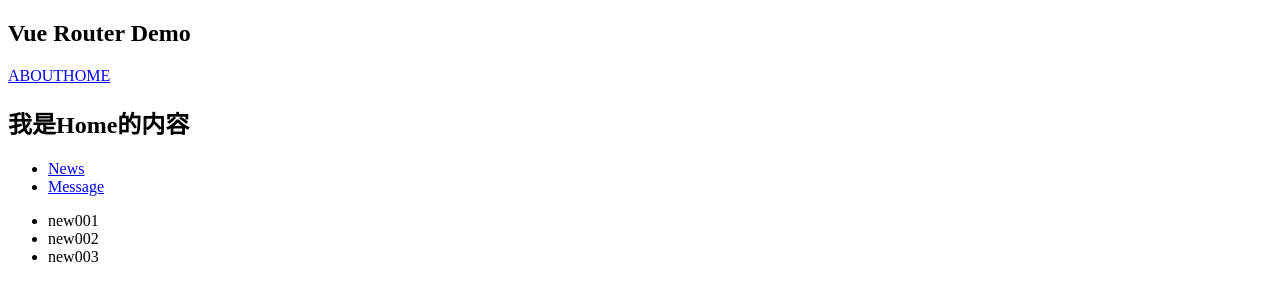
Repository: 13067902180/vue2.0study
Page: /#/home
These files come from the project's save history. The page is drawn as it stood at one moment and after the next save; the edit follows.
The browser window is 1280 px wide. The pictures show the whole page.
The project was rebuilt for these pictures with package versions that can differ from the ones it lists, and the page was loaded fresh each time. Also part of the build but not shown: vue.config.js, src/pages/About.vue.

Above is the page before, as saved 2023-03-03 15:37:29.

### public/index.html
<!DOCTYPE html>
<html lang="">
  <head>
    <meta charset="utf-8" />
    <!-- 针对ie浏览器的特殊配置，让ie最高级别渲染页面 -->
    <meta http-equiv="X-UA-Compatible" content="IE=edge" />
    <!-- 开启移动端的理想视口 -->
    <meta name="viewport" content="width=device-width,initial-scale=1.0" />
    <!-- 配置页签图标 <%= BASE_URL %> ==== ./ 怕打包出问题 指的是public所在的路径-->
    <link rel="icon" href="<%= BASE_URL %>favicon.ico" />
    <!-- 映入第三方样式 -->
    <!-- <link rel="stylesheet" href="<%= BASE_URL %>css/1.css" /> -->
    <!-- 配置网页图标  %= htmlWebpackPlugin.options.title % 是webpack里的插件1-->
    <title><%= htmlWebpackPlugin.options.title %></title>
  </head>
  <body>
    <!-- 如果浏览器不支持js 显示 支持就不渲染 -->
    <noscript>
      <strong
        >We're sorry but <%= htmlWebpackPlugin.options.title %> doesn't work
        properly without JavaScript enabled. Please enable it to
        continue.</strong
      >
    </noscript>

    <div id="app"></div>
    <!-- built files will be auto injected -->
  </body>
</html>
<!-- 整个页面的界面 -->

### src/main.js
//引入vue 精简版  正式版是vue.js dist/vue.js
import Vue from 'vue'
import VueRouter from 'vue-router'

//app所有组件的父组件
import App from './App.vue'
import router from './router'

Vue.use(VueRouter)

Vue.config.productionTip = false
// 创建vue实例对象  ---vm
new Vue({
  // 将app组件放入容器中
  render: h => h(App),

  router: router,
}).$mount('#app')

### src/App.vue
<template>
  <div>
    <div class="row">
      <Banner></Banner>
    </div>
    <div class="row">
      <div class="col-xs-offset-2 col-xs-2">
        <div class="list-group">
          <!-- 原始html中我们使用a标签实现页面跳转 -->
          <!-- <a href="./about.html" class="list-group-item active" >ABOUT</a> -->
          <!-- <a href="./home/html" class="list-group-item">HOME</a> -->
          <router-link class="list-group-item" active-class="active" to="/about"
            >ABOUT</router-link
          >
          <router-link class="list-group-item" active-class="active" to="/home"
            >HOME</router-link
          >
        </div>
      </div>
      <div class="col-xs-6">
        <div class="panel">
          <div class="panel-body">
            <!-- 指定组件的呈现位置 -->
            <router-view></router-view>
          </div>
        </div>
      </div>
    </div>
  </div>
</template>

<script>
// 引入组件  组件全放到components
import Banner from "./components/Banner.vue";
export default {
  name: "App",
  components: {
    Banner,
  },
};
</script>

<style>
</style>

### src/router/index.js
// 该文件专门用于创建整个应用的路由器


import VueRouter from "vue-router";
import About from '../pages/About.vue'
import Home from '../pages/Home.vue'
// 创建并暴露一个路由器
export default new VueRouter({
    routes: [{
        path: '/about',
        component: About,
    },
    {
        path: '/home',
        component: Home,
    },
    ]
})

### src/components/Banner.vue
<template>
  <div class="col-xs-offset-2 col-xs-8">
    <div class="page-header"><h2>Vue Router Demo</h2></div>
  </div>
</template>

<script>
export default {
  // eslint-disable-next-line vue/multi-word-component-names
  name: "Banner",
};
</script>

<style>
</style>

### src/pages/Home.vue
<template>
  <div>
    <h2>我是Home的内容</h2>
    <div>
      <ul class="nav nav-tabs">
        <li>
          <a
            href="./home-news.html"
            class="list-group-item"
            active-class="active"
            >News</a
          >
        </li>
        <li>
          <a
            href="./home-news.html"
            class="list-group-item"
            active-class="active"
            >Message</a
          >
        </li>
      </ul>
      <ul>
        <li>new001</li>
        <li>new002</li>
        <li>new003</li>
      </ul>
    </div>
  </div>
</template>

<script>
export default {
  // eslint-disable-next-line vue/multi-word-component-names
  name: "Home",
  // beforeDestroy() {
  //   console.log("Home组件即将被销毁");
  // },
  // mounted() {
  //   console.log("Home组件挂载完毕");
  // },
};
</script>

<style>
</style>

After the next save:
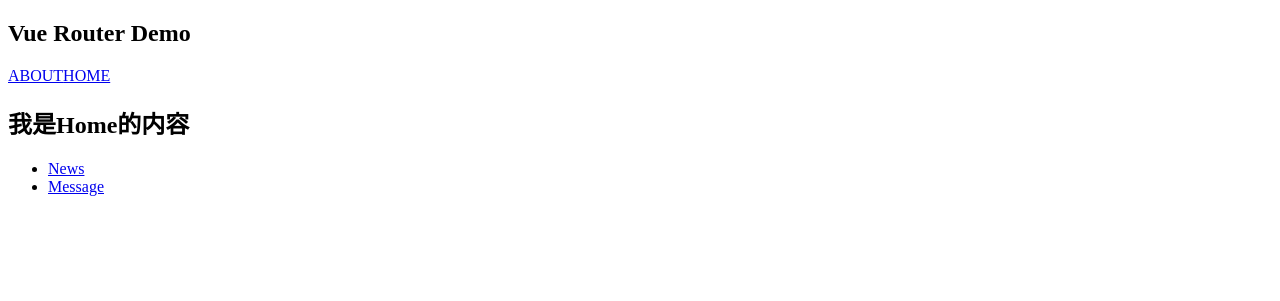
Saved 39 s later.
--- a/src/pages/Home.vue
+++ b/src/pages/Home.vue
@@ -20,11 +20,6 @@
           >
         </li>
       </ul>
-      <ul>
-        <li>new001</li>
-        <li>new002</li>
-        <li>new003</li>
-      </ul>
     </div>
   </div>
 </template>
